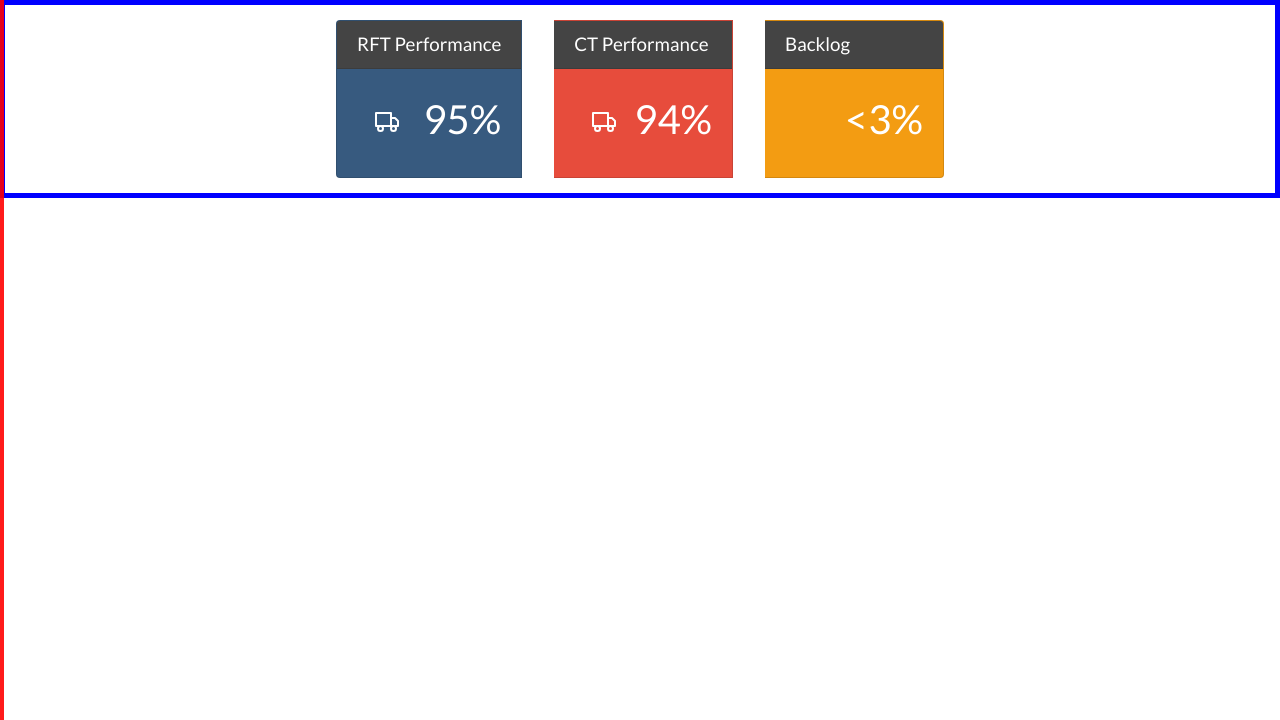
Repository: valenovi76/Delivery-Dashboard
Page: Index.html
The author's editor kept a record of every edit. The page is drawn from the files as they stood at one moment, then again after the next edit.
The browser window is 1280 px wide. The pictures show the whole page.
Some icons come from a web library that is not loaded, so they are not drawn. Some web libraries are served in a nearby version.

Above is the page before.
Console error: TypeError: Cannot read properties of null (reading 'textContent')

### Index.html
<!DOCTYPE html>
<html lang="en">

<head>
    <meta charset="UTF-8">
    <meta name="viewport" content="width=device-width, initial-scale=1.0">
    <meta http-equiv="X-UA-Compatible" content="ie=edge">

    <link rel="stylesheet" href="static/css/bootstrap.min.css" type="text/css" />
    <link rel="stylesheet" href="static/css/dc.min.css" type="text/css" />
    <link href="vendor/fontawesome-free/css/all.min.css" rel="stylesheet" type="text/css">
    <script type="text/javascript" src="static/js/d3.min.js"></script>
    <script type="text/javascript" src="static/js/crossfilter.min.js"></script>
    <script type="text/javascript" src="static/js/dc.min.js"></script>
    <script type="text/javascript" src="static/js/queue.min.js"></script>
    <script type="text/javascript" src="static/js/graphs.js"></script>
    <script src="https://ajax.googleapis.com/ajax/libs/jquery/1.11.3/jquery.min.js"></script>
    <script src="http://maxcdn.bootstrapcdn.com/bootstrap/3.3.4/js/bootstrap.min.js"></script>
    <link rel="stylesheet" href="static/css/style.css" type="text/css" />
    <title>Daily Delivery Dashboard</title>

</head>

<body>

    <div id="wrapper">

        <!-- Sidebar -->
        <div id="sidebar-wrapper">
            <ul class="sidebar-nav">
                <li><a href="#">RFT Performance</a></li>
                <li><a href="#">CT Performance</a></li>
                <li><a href="#">Backlog</a></li>
                <li><a href="#">Data Tables Downloads</a></li>
            </ul>
        </div>

        <!-- Page content -->
        <div id="page-content-wrapper">
            <div class="container-fluid">
                <div class="row">
                    <div class="header ">

                    </div>
                </div>
                <div class="row">
                    <div class="col-lg-12">
                        <div class="row">
                            <div class="card-group mx-auto">
                                <div class="card flex-fill bg-primary text-white mx-3">
                                    <div class="card-header">
                                        <h5 class="card-title text-white mb-0">RFT Performance</h5>
                                    </div>
                                    <div class="card-body py-3">
                                        <div class="row no-gutters">
                                            <div class="col-4 align-self-center text-left">
                                                <div class="icon icon-primary">
                                                    <svg xmlns="http://www.w3.org/2000/svg" width="24" height="24" viewBox="0 0 24 24" fill="none" stroke="currentColor" stroke-width="2" stroke-linecap="round" stroke-linejoin="round" class="feather feather-truck align-middle">
                                                        <rect x="1" y="3" width="15" height="13"></rect>
                                                        <polygon points="16 8 20 8 23 11 23 16 16 16 16 8"></polygon>
                                                        <circle cx="5.5" cy="18.5" r="2.5"></circle>
                                                        <circle cx="18.5" cy="18.5" r="2.5"></circle>
                                                    </svg>
                                                </div>
                                            </div>
                                            <div class="col-8 align-self-center text-right">

                                                <h2 class="text-white">95%</h2>
                                            </div>
                                        </div>
                                    </div>
                                </div>
                                <div class="card flex-fill bg-danger text-white mx-3">
                                    <div class="card-header">
                                        <h5 class="card-title text-white mb-0">CT Performance</h5>
                                    </div>
                                    <div class="card-body py-3">
                                        <div class="row no-gutters">
                                            <div class="col-4 align-self-center text-left">
                                                <div class="icon icon-primary">
                                                    <svg xmlns="http://www.w3.org/2000/svg" width="24" height="24" viewBox="0 0 24 24" fill="none" stroke="currentColor" stroke-width="2" stroke-linecap="round" stroke-linejoin="round" class="feather feather-truck align-middle">
                                                        <rect x="1" y="3" width="15" height="13"></rect>
                                                        <polygon points="16 8 20 8 23 11 23 16 16 16 16 8"></polygon>
                                                        <circle cx="5.5" cy="18.5" r="2.5"></circle>
                                                        <circle cx="18.5" cy="18.5" r="2.5"></circle>
                                                    </svg>
                                                </div>
                                            </div>
                                            <div class="col-8 align-self-center text-right">
                                                <h2 class="text-white">94%</h2>
                                            </div>
                                        </div>
                                    </div>
                                </div>
                                <div class="card flex-fill bg-warning text-white mx-3">
                                    <div class="card-header">
                                        <h5 class="card-title text-white mb-0">Backlog</h5>
                                    </div>
                                    <div class="card-body py-3">
                                        <div class="row no-gutters">
                                            <div class="col-4 align-self-center text-left">
                                                <div class="icon icon-primary">
                                                    <i class="far fa-check-square"></i>
                                                </div>
                                            </div>
                                            <div class="col-8 align-self-center text-right">
                                                <h2 class="text-white"> <3% </h2>
                                            </div>
                                        </div>
                                    </div>
                                </div </div>
                            </div>
                        </div>
                    </div>
                </div>
            </div>

        </div>

        <!-- Menu toggle script -->
        <script>
            $("#menu-toggle").click(function(e) {
                e.preventDefault();
                $("#wrapper").toggleClass("menuDisplayed");
            });
        </script>

</body>

</html>

### static/js/graphs.js
//load data
queue()
.defer(d3.csv, "/data/orders.csv")
.await(makeGraphs);


// Make graphs function
function makeGraphs(error, orderData) {

    var ndx = crossfilter(orderData);


orderData.forEach(function(d){
d.CT_Ex_Delayed_Days=parseInt(d.CT_Ex_Delayed_Days)})




    show_wip_group_selector(ndx);
    show_product_selector(ndx);
    show_project_selector(ndx);
    show_created(ndx);
    show_completed(ndx);
    show_order_order_type(ndx);
    show_ct_avg(ndx);
    show_SLT_perf(ndx);
    show_ontime_late(ndx);
    show_percent_RFT_OnTime(ndx);
    show_percent_CT_Pass(ndx);
    show_monthly_delivery(ndx);



    dc.renderAll();
}


//Selector js
function show_wip_group_selector(ndx){
    var dim = ndx.dimension(dc.pluck('Channel'));
    var group = dim.group();
    var select = dc.selectMenu("#wip_group_selector")
        .dimension(dim)
        .group(group);

}
function show_product_selector(ndx){
    var dim = ndx.dimension(dc.pluck('Product'));
    var group = dim.group();
    var select = dc.selectMenu("#product_selector")
        .dimension(dim)
        .group(group);

}
function show_project_selector(ndx){
    var dim=ndx.dimension(dc.pluck('Project'));
    var group= dim.group();
    var select = dc.selectMenu("#project_selector")
        .dimension(dim)
        .group(group);

}

// KPIS values -RFT %

function show_percent_RFT_OnTime(ndx) {
    var percentageThatAreOnTime = ndx.groupAll().reduce(
        function(p, v) {
            p.total++;
                if(v.On_Time === "On-Time") {
                    p.match++;
                }
                return p;
            },
            function (p, v) {
                p.total--;
                if(v.On_Time === "On-Time") {
                    p.match--;
                }
                return p;
            },
            function () {
                return {total: 0, match: 0};
            }
    );

    dc.numberDisplay("#RFTPerc")
        .formatNumber(d3.format(".1%"))
        .valueAccessor(function (d) {
            if (d.count == 0) {
                return 0;
            } else {
                return ( d.match/d.total );
            }
        })
        .group(percentageThatAreOnTime)
}

// KPIS values - CT %

function show_percent_CT_Pass(ndx) {
    var percentageThatArePassed = ndx.groupAll().reduce(
        function(p, v) {
            p.total++;
                if(v.SLT_Status === "Pass") {
                    p.match++;
                }
                return p;
            },
            function (p, v) {
                p.total--;
                if(v.SLT_Status === "Pass") {
                    p.match--;
                }
                return p;
            },
            function () {
                return {total: 0, match: 0};
            }
    );

    dc.numberDisplay("#CTPerc")
        .formatNumber(d3.format(".1%"))
        .valueAccessor(function (d) {
            if (d.count == 0) {
                return 0;
            } else {
                return ( d.match/d.total );
            }
        })
        .group(percentageThatArePassed)
}

//KPIS values - Monthly deliveries
function show_monthly_delivery(ndx){
    var avgMonthlyDeliveries = ndx.groupAll().reduce(
        function(p, v) {
            p.total++;
                if(v.Order_Status === "Completed") {
                    p.match++;
                }
                return p;
            },
            function (p, v) {
                p.total--;
                if(v.Order_Status === "Completed") {
                    p.match--;
                }
                return p;
            },
            function () {
                return {total: 0, match: 0};
            }
    );

    dc.numberDisplay("#avg_monthly_delivery")
        .formatNumber(d3.format(".1f"))
        .valueAccessor(function (d) {
            if (d.total == 0) {
                return 0;
            } else {
                return ( d.match/6 );
            }
        })
        .group(avgMonthlyDeliveries)
}


//created line js
function show_created(ndx) {
var dim = ndx.dimension(dc.pluck('Created_Month'));
var group =dim.group();

dc.lineChart("#created")
.width(400)
.height(300)
.margins({top: 30, right: 40, bottom: 50, left: 50})
.dimension(dim)
.group(group)
.transitionDuration(500)
.x(d3.scale.ordinal())
.xUnits(dc.units.ordinal)
.elasticY(true)
.xAxisLabel("FY 2019-2020 Month")
.yAxis().ticks(20);
 }

//completed line js
function show_completed(ndx) {
var dim = ndx.dimension(dc.pluck('Completed_Month'));
var group = dim.group();

dc.lineChart("#completed")

.width(400)
.height(300)
.margins({top: 30, right: 40, bottom: 50, left: 50})
.dimension(dim)
.group(group)
.transitionDuration(500)
.x(d3.scale.ordinal())
.xUnits(dc.units.ordinal)
.elasticY(true)
.xAxisLabel("FY 2019-2020 Month")
.yAxis().ticks(20);
 }

//WIP pie js
function show_order_order_type(ndx) {
    var dim = ndx.dimension(dc.pluck('Order_Type'));
    var group = dim.group();


    dc.pieChart("#order_type")

        .width(400)
        .height(300)
        .slicesCap(4)
        .innerRadius(100)
        .dimension(dim)
        .group(group)
        .legend(dc.legend())

}
//CT Avg line js
function show_ct_avg(ndx){
var dim = ndx.dimension(dc.pluck("Completed_Month"));

function add_item(p,v){
p.count ++;
p.total += v.CT_Ex_Delayed_Days;
p.average = p.total/p.count;
return p;
}
function remove_item(p,v){
p.count--;
if(p.count==0){
p.total=0;
p.average=0;}else{
p.total -= v.CT_Ex_Delayed_Days;
p.average = p.total/p.count;
}
return p;
}
function initialise(){
    return{count:0, total:0, average:0};
}


var group= dim.group().reduce(add_item,remove_item,initialise);


dc.lineChart("#ct_avg")
.width(400)
.height(300)
.margins({top: 10, right: 50, bottom: 30, left: 50})
.dimension(dim)
.group(group)
.valueAccessor(function(d){
return d.value.average})
.transitionDuration(500)
.x(d3.scale.ordinal())
.xUnits(dc.units.ordinal)
.elasticY(true)
.xAxisLabel("FY 2019-2020 Month")
.yAxis().ticks(20);

}
//CT perf js
function show_SLT_perf(ndx){

    function SLTPerfByMonth(dimension, SLT_Status) {
        return dimension.group().reduce(
            function (p, v) {
                p.total++;
                if(v.SLT_Status == SLT_Status) {
                    p.match++;
                }
                return p;
            },
            function (p, v) {
                p.total--;
                if(v.SLT_Status == SLT_Status) {
                    p.match--;
                }
                return p;
            },
            function () {
                return {total: 0, match: 0};
            }
        );
    }

    var dim = ndx.dimension(dc.pluck("Completed_Month"));
    var PassByMonth = SLTPerfByMonth(dim, "Pass");
    var FailByMonth = SLTPerfByMonth(dim, "Fail");

    dc.barChart("#ct_perf")
        .width(400)
        .height(300)
        .dimension(dim)
        .group(PassByMonth, "Pass")
        .stack(FailByMonth, "Fail")
        .valueAccessor(function(d) {
            if(d.value.total > 0) {
                return (d.value.match / d.value.total) * 100;
            } else {
                return 0;
            }
        })
        .x(d3.scale.ordinal())
        .xUnits(dc.units.ordinal)
        .legend(dc.legend().x(320).y(20).itemHeight(15).gap(5))
        .margins({top: 10, right: 100, bottom: 30, left: 30});
}

  //On time vs Late stacked-bars graph

   function show_ontime_late(ndx) {

    function RFTPerfByMonth(dimension, On_Time) {
        return dimension.group().reduce(
            function (p, v) {
                p.total++;
                if(v.On_Time == On_Time) {
                    p.match++;
                }
                return p;
            },
            function (p, v) {
                p.total--;
                if(v.On_Time == On_Time) {
                    p.match--;
                }
                return p;
            },
            function () {
                return {total: 0, match: 0};
            }
        );
    }

    var dim = ndx.dimension(dc.pluck("Completed_Month"));
    var OnTimeByMonth = RFTPerfByMonth(dim, "On-Time");
    var LateByMonth = RFTPerfByMonth(dim, "Late");

    dc.barChart("#ontime_perf")
        .width(400)
        .height(300)
        .dimension(dim)
        .group(OnTimeByMonth, "On-Time")
        .stack(LateByMonth, "Late")
        .valueAccessor(function(d) {
            if(d.value.total > 0) {
                return (d.value.match / d.value.total) * 100;
            } else {
                return 0;
            }
        })
        .x(d3.scale.ordinal())
        .xUnits(dc.units.ordinal)
        .legend(dc.legend().x(320).y(20).itemHeight(15).gap(5))
        .margins({top: 10, right: 100, bottom: 30, left: 30});
   }

### static/css/style.css
/*Body*/
.page-content-wrapper{
    background-color: white;
}

/*Header*/

.kpis{
    margin-bottom: 20px;
    margin-top: 20px;
}

h1{
    color:blue;
    text-align: center;
}

.page-header{
    margin:20px;
}
/* Sidebar */
#sidebar-wrapper {
    z-index: 1;
    position: absolute;
    width: 0;
    height: 100%;
    overflow-y: hidden;
    background: #2C3E50;
    border: 2px solid red;
    opacity: 0.9;
}

/* Always take up entire screen */
#page-content-wrapper {
    width: 100%;
    position: absolute;
    padding: 15px;
    border: 5px solid blue;
}


/* Change with of sidebar from 0 to 250px */
#wrapper.menuDisplayed #sidebar-wrapper {
    width: 250px;
}

/* Since we added left padding, we need to shrink the width by 250px */
#wrapper.menuDisplayed #page-content-wrapper {
    padding-left: 250px;
}


/* Sidebar styling - the entire ul list */
.sidebar-nav {
    padding: 0;
    list-style: none;
}

.sidebar-nav li {
    text-indent: 20px;
    line-height: 40px;
}

.sidebar-nav li a {
    display: block;
    text-decoration: none;
    color: #ddd;
}

.sidebar-nav li a:hover {
    background: #16A085;
}

/*Header*/

/*Cards style*/
.card{
    display:block;
}

.icon {
    width: 60px !important;
    height: 60px !important;
    line-height: 52px;
    text-align: center;
    font-size: 2rem;
    margin: .5rem 0;
}

Loaded but not shown: static/css/bootstrap.min.css (library); static/css/dc.min.css (library); static/js/d3.min.js (library); static/js/crossfilter.min.js (library); static/js/dc.min.js (library); static/js/queue.min.js (common file)

After the next edit:
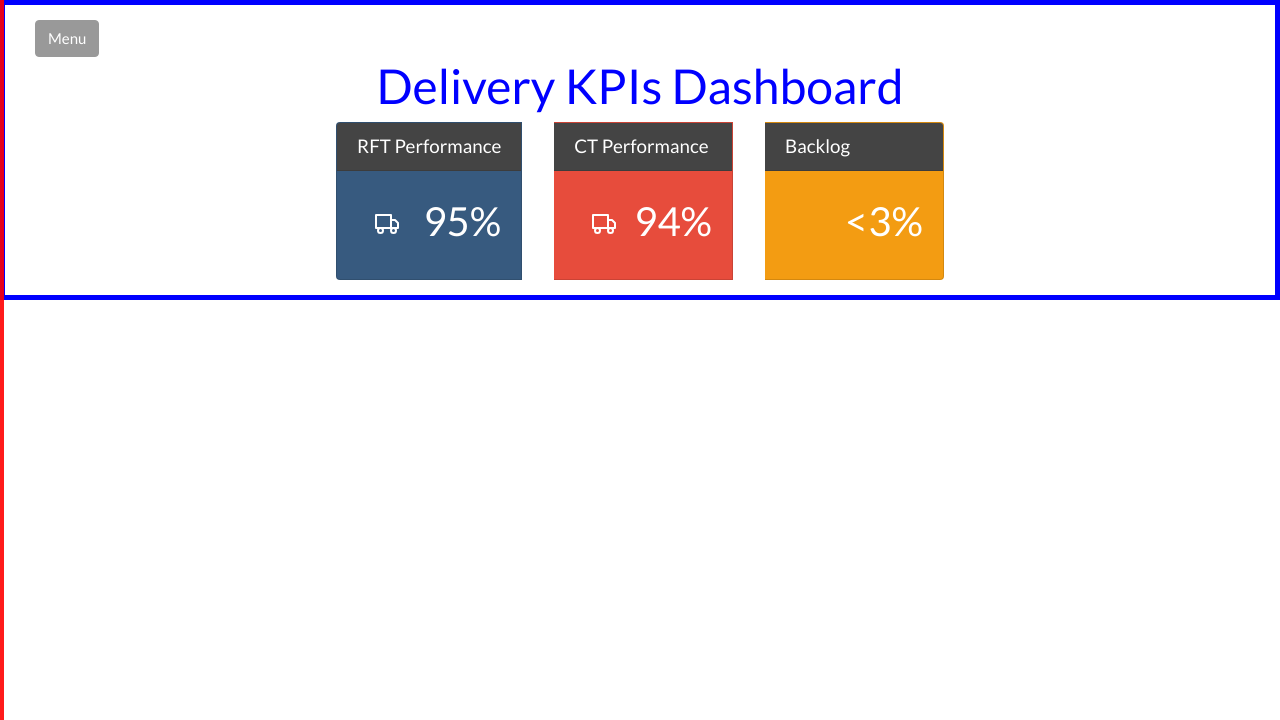
The edit:
--- a/Index.html
+++ b/Index.html
@@ -45,6 +45,8 @@
                 </div>
                 <div class="row">
                     <div class="col-lg-12">
+                        <a href="#" class="btn btn-light" id="menu-toggle">Menu</a>
+                        <h1>Delivery KPIs Dashboard</h1>
                         <div class="row">
                             <div class="card-group mx-auto">
                                 <div class="card flex-fill bg-primary text-white mx-3">
